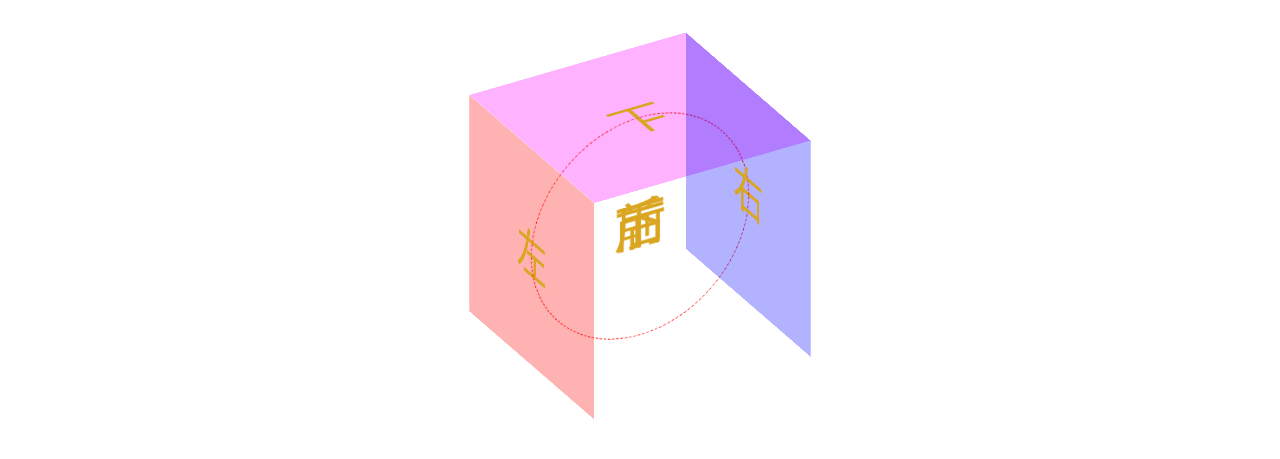
Repository: Germtao/Web
Page: web_css/css3_动画.html
An editor plug-in stored every save of this project. The page is shown before and after the next save, followed by the edit.
The browser window is 1280 px wide. The pictures show the whole page.

Above is the page before, as saved 2020-11-03 15:16:40.

### web_css/css3_动画.html
<!DOCTYPE html>
<html lang="en">

<head>
  <meta charset="UTF-8">
  <meta name="viewport" content="width=device-width, initial-scale=1.0">
  <title>CSS3-动画</title>

  <!-- <style>
    .box {
      width: 200px;
      height: 200px;
      background-color: green;
      margin: 100px auto;

      /* 只让宽度在变化时进行过渡 */
      /* transition: width 2s linear 0s; */

      /* 宽度、背景色在变化时，进行过渡 */
      transition: all 2s linear 0s;
    }

    .box:hover {
      width: 500px;
      background-color: orange;
    }
  </style> -->

  <!-- 过渡动画：商品详情 -->
  <!-- <style>
    body {
      margin: 0;
      padding: 0;
      background-color: #eeeeee;
    }

    .content {
      width: 800px;
      height: 320px;
      padding-left: 20px;
      margin: 80px auto;
    }

    .item {
      width: 230px;
      height: 300px;
      text-align: center;
      margin-right: 20px;
      background-color: #FFF;
      float: left;
      position: relative;
      top: 0;
      /* 让溢出的内容隐藏起来。意思是让下方的橙色方形先躲起来 */
      overflow: hidden;
      /* 从最初到鼠标悬停时的过渡 */
      transition: all .5s;
    }

    .item img {
      margin-top: 30px;
    }

    .item .desc {
      position: absolute;
      left: 0;
      bottom: -80px;
      width: 100%;
      height: 80px;
      background-color: #ff6700;
      transition: all .5s;
    }

    /* 鼠标悬停时，让 item 整体往上移动5px，且加一点阴影 */
    .item:hover {
      top: -5px;
      box-shadow: 0 0 15px #AAA;
    }

    /* 鼠标悬停时，让下方的橙色方形现身 */
    .item:hover .desc {
      bottom: 0;
    }
  </style> -->

  <!-- 2D转换动画 -->
  <!-- <style>
    .box {
      width: 1000px;
      margin: 100px auto;
    }

    /* .box div { */
    .box>div {
      width: 300px;
      height: 150px;
      background-color: pink;
      float: left;
      margin-right: 15px;
      color: white;
      text-align: center;
      font: 400 30px/150px "宋体";
    }

    /* .box .box2 {
      background-color: greenyellow;
      transition: all 1s;
    } */
    div:nth-child(2) {
      background-color: greenyellow;
      transition: all 1s;
    }

    div:nth-child(3) {
      transition: all 2s;
    }

    /* .box .box2:hover {
      background-color: green; */
    /* 缩放 */
    /* transform: scale(2, 0.5); */
    /* } */
    div:nth-child(2):hover {
      background-color: green;
      /* 位移 */
      transform: translate(-50%, 50%);
    }

    div:nth-child(3):hover {
      transform: rotate(-405deg);
    }
  </style> -->

  <!-- 3D 转换 -->
  <!-- <style>
    .rotateX {
      width: 300px;
      height: 226px;
      margin: 200px auto;

      /*
        透视: 加给变换的父盒子
        设置的是用户的眼睛距离 平面的距离
        透视效果只是视觉上的呈现，并不是正真的3d
      */
      perspective: 110px;
    }

    img {
      transition: transform 2s;
    }

    /* 所有的3d旋转，对着正方向去看，都是顺时针旋转 */
    .rotateX:hover img {
      /* transform: rotateX(360deg); */
      /* transform: rotateY(360deg); */
      transform: rotateZ(360deg);
    }
  </style> -->

  <!-- 3D转换 案例 -->
  <!-- <style>
    body {
      background-color: cornflowerblue;
    }

    .box {
      width: 300px;
      height: 300px;
      margin: 50px auto;
      position: relative;
    }

    .box>div {
      width: 100%;
      height: 100%;
      position: absolute;
      border-radius: 50%;
      transition: all 2s;
      backface-visibility: hidden;
    }

    .box1 {
      /* 默认显示图片的左半边 */
      background: url(img/example.png) left 0 no-repeat;
    }

    .box2 {
      background: url(img/example.png) right 0 no-repeat;
      /* 让图片的右半边默认时，旋转180度，就可以暂时隐藏起来 */
      transform: rotateY(180deg);
    }

    .box:hover .box1 {
      /* 让图片的左半边转消失 */
      transform: rotateY(180deg);
    }

    .box:hover .box2 {
      /* 让图片的左半边转出现 */
      transform: rotateY(0deg);
    }
  </style> -->

  <!-- 3D转换: 位移 -->
  <!-- <style>
    body {
      /* 给box的父元素加透视效果, 为了 Z 效果能显示 */
      perspective: 1000px;
    }

    .box {
      width: 200px;
      height: 200px;
      background: green;
      transition: all 1s;
      margin: 200px auto;
    }

    .box:hover {
      /* transform: translateX(100px); */
      /* transform: translateY(100px); */
      transform: translateZ(100px);
    }
  </style> -->

  <!-- 3D呈现（transform-style）-->
  <style>
    .box {
      width: 250px;
      height: 250px;
      border: 1px dashed red;
      margin: 100px auto;
      position: relative;
      border-radius: 50%;

      /* 让子盒子保持3d效果 */
      transform-style: preserve-3d;

      transform: rotateX(30deg) rotateY(-30deg);
    }

    .box>div {
      width: 100%;
      height: 100%;
      position: absolute;
      text-align: center;
      line-height: 250px;
      font-size: 60px;
      color: #daa520;
    }

    .left {
      background-color: rgba(255, 0, 0, 0.3);
      /* 变换中心 */
      transform-origin: left;
      transform: rotateY(90deg) translateX(-125px);
    }

    .right {
      background-color: rgba(0, 0, 255, 0.3);
      transform-origin: right;
      transform: rotateY(90deg) translateX(125px);
    }

    .up {
      background: rgba(255, 0, 255, 0.3);
      transform: rotateX(90deg) translateZ(125px);
    }
  </style>
</head>

<body>
  <!-- <div class="box"></div> -->

  <!-- 过渡动画：商品详情 -->
  <!-- <div class="content">
    <div class="item">
      <img src="img/倪妮.jpg" alt="">
    </div>

    <div class="item">
      <img src="img/宋轶.jpeg" alt="">
      <span class="desc"></span>
    </div>

    <div class="item">
      <img src="img/李沁.jpg" alt="">
      <span class="desc"></span>
    </div>
  </div> -->

  <!-- 2D转换动画 -->
  <!-- <div class="box">
    <div class="box1">1</div>
    <div class="box2">2</div>
    <div class="box3">3</div>
  </div> -->

  <!-- 3D转换: 旋转 -->
  <!-- <div class="rotateX">
    <img src="img/宋轶.jpeg" alt="">
  </div> -->

  <!-- 3D转换: 旋转demo -->
  <!-- <div class="box">
    <div class="box1"></div>
    <div class="box2"></div>
  </div> -->

  <!-- 3D转换: 位移 -->
  <!-- <div class="box"></div> -->

  <!-- 3D呈现（transform-style）-->
  <div class="box">
    <div class="up">上</div>
    <div class="down">下</div>
    <div class="left">左</div>
    <div class="right">右</div>
    <div class="forward">前</div>
    <div class="back">后</div>
  </div>
</body>

</html>

After the next save:
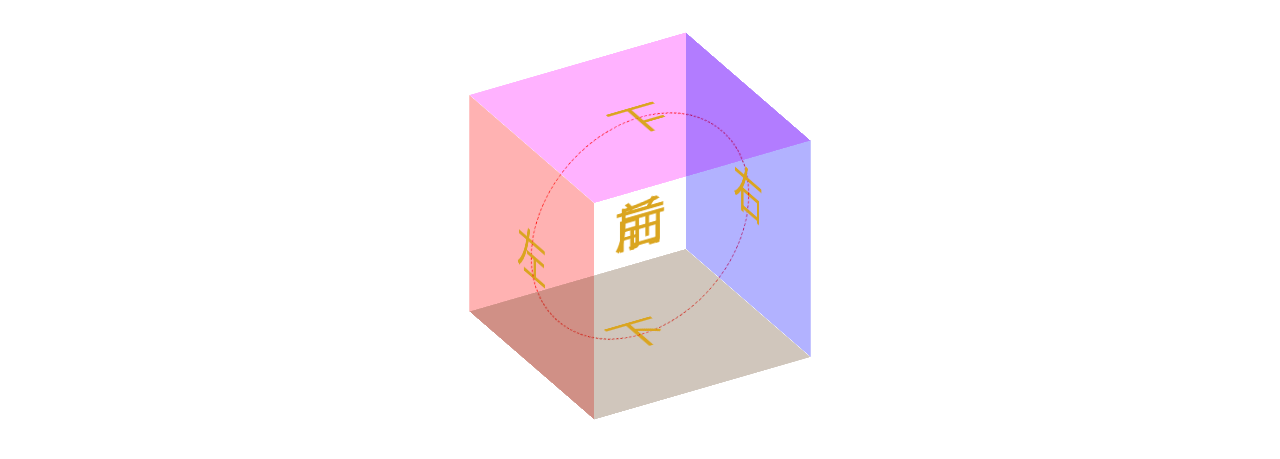
Saved 55 s later.
--- a/web_css/css3_动画.html
+++ b/web_css/css3_动画.html
@@ -266,6 +266,11 @@
       background: rgba(255, 0, 255, 0.3);
       transform: rotateX(90deg) translateZ(125px);
     }
+
+    .down {
+      background: rgba(99, 66, 33, 0.3);
+      transform: rotateX(-90deg) translateZ(125px);
+    }
   </style>
 </head>
 
